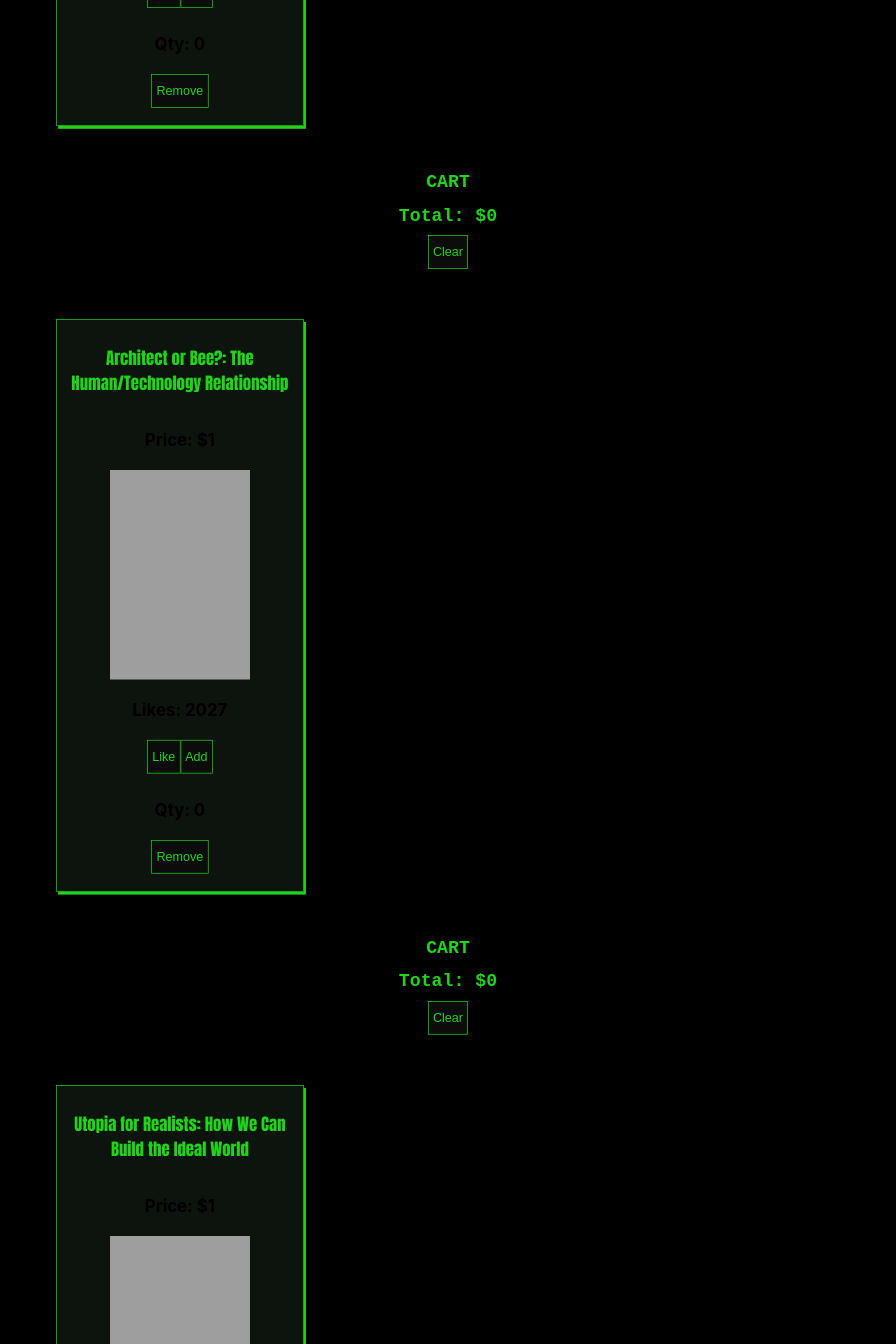
Repository: rvelarden/React-Hooks-UtopianTech-Bookstore
Page: / (app in utopiantech/)
The author's editor kept a copy of each file at every save. The page is drawn from the files as they stood at one save, then again after the next save.
The browser window is 1280 px wide. The pictures show the part of the page from y = 850 to 2770 px (the page is 8918 px tall before and 7476 px after), at 70% of full size.
Pictures or frames that could not be fetched are drawn as grey boxes. The project was rebuilt for these pictures with package versions that can differ from the ones it lists, and the page was loaded fresh each time. A package was used in the major version that the imports need, not the one package.json lists. Also part of the build but not shown: utopiantech/src/components/Shop.js, utopiantech/src/components/Spanish.js.

Above is the page before, as saved 2021-11-24 14:29:26.

### utopiantech/src/App.js
import React from 'react';
import './App.css';
import { BrowserRouter as Router, Route, Switch } from 'react-router-dom'
import Shop from "./components/Shop";
import Spanish from "./components/Spanish"
import Navbar from "./components/Navbar"
import SearchBar from "./components/SearchBar";
import BookList from './components/BookList';

const allItems = [
  {
    id: 1,
    name: "The Rise and Decline of Patriarchal Systems",
    image: "https://img.thriftbooks.com/api/images/i/m/8ECA8C9BAF351D13622ADFFBFA8A5D4E2BAABAFF.jpg",
    likes: 3359,
    price: 1,
    category: 'Social Studies'
  },
  {
    id: 2,
    name: "Architect or Bee?: The Human/Technology Relationship",
    image: "https://i.pinimg.com/originals/73/73/d8/7373d864a3dcb4534dc00fda64483674.jpg",
    likes: 2027,
    price: 1,
    category: 'Social Studies'
  },
  {
    id: 3,
    name: "Utopia for Realists: How We Can Build the Ideal World",
    image: "https://images-na.ssl-images-amazon.com/images/I/51CJA6QHtKL._SY291_BO1,204,203,200_QL40_FMwebp_.jpg",
    likes: 813,
    price: 1,
    category: 'Computer Science'
  },
  {
    id: 4,
    name: "Ada's Algorithm: How Lord Byron's Daughter ADA Lovelace Launched the Digital Age",
    image: 'https://img.thriftbooks.com/api/images/m/0bb4a32fefff1ec9c627527f6feb36668f62783b.jpg',
    likes: 7777,
    price: 1,
    category: 'Computer Science'
  },
  {
    id: 5,
    name: "Turing's Vision: The Birth of Computer Science (The MIT Press)",
    image: "https://images-na.ssl-images-amazon.com/images/I/411cTz90bFL._SY291_BO1,204,203,200_QL40_FMwebp_.jpg",
    likes: 1000,
    price: 1,
    category: 'Computer Science'
  },
  {
    id: 6,
    name: "Alan Turing: The Enigma: The Centenary Edition",
    image: "https://img.thriftbooks.com/api/images/m/6da6b05beb1f54981b588ee2a84e6f0b13a436f9.jpg",
    likes: 2000,
    price: 1,
    category: 'Computer Science'
  },
  {
    id: 8,
    name: "Ada Lovelace: The Making of a Computer Scientist",
    image: "https://images-na.ssl-images-amazon.com/images/I/51G-h1wZ7xL._SX218_BO1,204,203,200_QL40_FMwebp_.jpg",
    likes: 2000,
    price: 1,
    category: 'Computer Science'
  },
  {
    id: 9,
    name: "If Then: How the Simulmatics Corporation Invented the Future",
    image: "https://images-na.ssl-images-amazon.com/images/I/41wf6nnKIBL._SY291_BO1,204,203,200_QL40_FMwebp_.jpg",
    likes: 8000,
    price: 1,
    category: 'Business'
  }
]

export default class App extends React.Component {


  state = {
    searchText: '',
    books: allItems
  }

  searchBarText = (allItems)=>{
    // console.log(allItems)
    this.setState({
      searchText: allItems
    })
  }
  render(){
    const filteredBooks = this.state.books.filter(filterBook => filterBook.name.toLowerCase().includes(this.state.searchText))
  return (
    <Router>
      <div>
        <Navbar/>
        <div>
        <Switch>
        <Route exact path="/">
        {/* <Shop /> */}
        <SearchBar searchBar={this.searchBarText} searchText={this.state.searchText}/>
        <BookList books={filteredBooks}/>
        </Route>
        <Route path="/spanish">
        <Spanish />
        </Route>
      </Switch>
    </div>
    </div>
    </Router>
  )
}

}

### utopiantech/src/App.css
body {
  margin: 0;
  /* font-family: monospace; */
  background-color: black;
}

#book-header {
  display: flex;
  justify-content: center;
  background: #20d41a;
  opacity: .8;
  height: 7rem;
  padding: 1rem;
}

#book-header img {
  height: 6rem;
  width: auto;
}

#book-collection {
  margin: 2rem;
}

.card {
  text-align: center;
  border: #20d41a solid 1px;
  padding: 1rem;
  width: 20rem;
  height: 49rem;
  display: inline-grid;
  margin: 3rem 5rem;
  box-shadow: 3px 4px #20d41a;
  background-color: #0d130d;
  /* font-family: monospace; */
}

.font-text{
  font-family: Impact, Haettenschweiler, 'Arial Narrow Bold', sans-serif;
  color: #20d41a;
}
.font-text-text{
  font-family: monospace;
  color: #20d41a;
  background-color: black;
}

.book-avatar {
  justify-self: center;
  height: 15rem;
  width: auto;

}
.color-white {
  color:#20d41a
}

button {
  position: relative;
  background-color: #0c0c0c;
  border: none;
  height: 3rem;
  width: max-content;
  color: #20d41a;
  font-size: 18px;
  justify-self: center;
  border: #20d41a solid 1px;
}

.buttonContainer {
  text-align: center;
  padding: 1rem;
}

button:hover {
  background-color: rgb(48, 46, 46);
  border: #20d41a solid 1px;
  color: 20d41a;
}

.container {
  padding: 1rem;
  width: stretch;
  height: auto;
  background: #20d41a;
  opacity: .8;
}

.add-book-form {
  width: 80%
}

.submit {
  position: relative;
  background-color: #20d41a;
  height: 2rem;
  width: max-content;
  color: #20d41a;
  font-size: 18px;
  justify-self: center;
  /* font-family: monospace; */
  margin: 3px;
}

.submit:hover {
  background-color: whitesmoke;
  border: #20d41a solid 1px;
  color: #20d41a;
}


.input-text {
  border-radius: 5px;
  height: 2rem;
  width: 60%;
  font-size: 18px;
  font-family: monospace;
  margin: 3px;
  color: #20d41a;
}

.center-text {
  text-align: center;
}

.center-button {
  /* margin: 0; */
  /* position: absolute; */
  /* top: 50%; */
  left: 50%;
  -ms-transform: translate(-50%, -50%);
  transform: translate(-50%, -50%);
}

a{
  /* left: 72%; */
  font-size: 20px;
  /* position:initial; */
  /* margin: 0; */
  font-family: sans-serif;
  /* padding: 0; */
  /* width: 100%; */
  /* display: inline; */
  /* outline: none; */
  /* text-decoration: none; */
  display: inline-block;
  width: 5.5%;
  margin-right: 0.625%;
  text-align: center;
  line-height: 3;
  color: #20d41a;
  margin-right: 0;
  /* background: whitesmokeow; */
  /* border: #1938e7 solid 1px; */
}

a:hover{
  color:#20d41a
}

### utopiantech/src/components/Navbar.js
const Navbar = ()=>{
    return(
        <div>
        <a href='/spanish' >Español</a>
        <a href='/' >English</a>
        </div>
    )
}

export default Navbar

### utopiantech/src/components/SearchBar.js
import React, { useCallback, useEffect, useState } from "react";




  const Search = (props) => {


    return (
      <div className="search-bar-div" >

        <div className="bannersingle" >
              <h1>Find Book Name</h1>
          </div>
        <div className="searchBox" >
          <input
           type="text"
           placeholder={"Search"}
           className="searchInput"
           onChange={(e) => props.searchBar(e.target.value)}
          />
        </div>

      </div>
    );
  };

  export default Search;

### utopiantech/src/components/BookList.js
import React, { Component } from "react"
import Book from "./Book.js"
import { Header, Button } from 'semantic-ui-react'

class BookList extends Component {


    render() {
    return (
        <div>

            {this.props.books.map(bookItem => <Book book={bookItem} />)}

        </div>
    )
      }
}

export default BookList

### utopiantech/src/components/Book.js
import React, { Component, useCallback } from 'react';


const allItems = [
    {
      id: 1,
      name: "The Rise and Decline of Patriarchal Systems",
      image: "https://img.thriftbooks.com/api/images/i/m/8ECA8C9BAF351D13622ADFFBFA8A5D4E2BAABAFF.jpg",
      likes: 3359,
      price: 1,
      category: 'Social Studies'
    },
    {
      id: 2,
      name: "Architect or Bee?: The Human/Technology Relationship",
      image: "https://i.pinimg.com/originals/73/73/d8/7373d864a3dcb4534dc00fda64483674.jpg",
      likes: 2027,
      price: 1,
      category: 'Social Studies'
    },
    {
      id: 3,
      name: "Utopia for Realists: How We Can Build the Ideal World",
      image: "https://images-na.ssl-images-amazon.com/images/I/51CJA6QHtKL._SY291_BO1,204,203,200_QL40_FMwebp_.jpg",
      likes: 813,
      price: 1,
      category: 'Computer Science'
    },
    {
      id: 4,
      name: "Ada's Algorithm: How Lord Byron's Daughter ADA Lovelace Launched the Digital Age",
      image: 'https://img.thriftbooks.com/api/images/m/0bb4a32fefff1ec9c627527f6feb36668f62783b.jpg',
      likes: 7777,
      price: 1,
      category: 'Computer Science'
    },
    {
      id: 5,
      name: "Turing's Vision: The Birth of Computer Science (The MIT Press)",
      image: "https://images-na.ssl-images-amazon.com/images/I/411cTz90bFL._SY291_BO1,204,203,200_QL40_FMwebp_.jpg",
      likes: 1000,
      price: 1,
      category: 'Computer Science'
    },
    {
      id: 6,
      name: "Alan Turing: The Enigma: The Centenary Edition",
      image: "https://img.thriftbooks.com/api/images/m/6da6b05beb1f54981b588ee2a84e6f0b13a436f9.jpg",
      likes: 2000,
      price: 1,
      category: 'Computer Science'
    },
    {
      id: 8,
      name: "Ada Lovelace: The Making of a Computer Scientist",
      image: "https://images-na.ssl-images-amazon.com/images/I/51G-h1wZ7xL._SX218_BO1,204,203,200_QL40_FMwebp_.jpg",
      likes: 2000,
      price: 1,
      category: 'Computer Science'
    },
    {
      id: 9,
      name: "If Then: How the Simulmatics Corporation Invented the Future",
      image: "https://images-na.ssl-images-amazon.com/images/I/41wf6nnKIBL._SY291_BO1,204,203,200_QL40_FMwebp_.jpg",
      likes: 8000,
      price: 1,
      category: 'Business'
    }
  ]


const Book = (props) => {
    const [cart, setCart] = React.useState([]);
    const [items, setItems] = React.useState(allItems)
    const [text, setText] = React.useState(false)
    const addToCart = (item) => setCart((currentCart) => [...currentCart, item])
    const cartTotal = cart.reduce((total, { price = 0 }) => total + price, 0);

    const removeFromCart = (item) => {
        setCart((currentCart) => {
          const indexOfItemToRemove = currentCart.findIndex((cartItem) => cartItem.id === item.id);

          if (indexOfItemToRemove === -1) {
            return currentCart;
          }

          return [
            ...currentCart.slice(0, indexOfItemToRemove),
            ...currentCart.slice(indexOfItemToRemove + 1),
          ];
        });
      };

      const amountOfItems = (id) => cart.filter((item) => item.id === id).length;

    const updateLike = useCallback(

        (item) => {
         setItems(items.map(indItem => {
            if (indItem !== item) {
              return indItem
            } else {
              return {...item, likes: item.likes + 1}
            }
          }))
      },
      [], // Tells React to memoize regardless of arguments.
      )


      return(
            <div>
            <div key={props.book.id} className="card">
            <div className="font-text"><h2>{`${props.book.name}`}</h2></div>
            <h2>{`Price: $${props.book.price}`}</h2>
            <img src={props.book.image} style={{ width: "200px", height: "300px", objectFit: "cover" }} className="book-avatar" />
            <h2>Likes: {props.book.likes}</h2>
            <div>
            <button disable={items.disable} text={items.text} onClick={()=> updateLike(props.book)}> {text ? "Liked!" : "Like"} </button>
            <button type="submit" onClick={() => addToCart(props.book)}> Add </button>
            </div>
            <div>

            </div>
            <h2>Qty: {amountOfItems(props.book.id)}</h2>
            <button type="submit" onClick={() => removeFromCart(props.book)}> Remove </button>
            </div>
            <h1 className="center-text font-text-text">CART</h1>
            <h1 className="center-text font-text-text">Total: ${cartTotal}</h1>
            <div>
            <br></br>
            <button className="center-button" onClick={() => setCart([])}>Clear</button>
            </div>
            </div>
      )
    }

  export default Book

Loaded but not shown: utopiantech/public/index.html (common file); utopiantech/src/index.js (common file); utopiantech/src/index.css (common file); utopiantech/src/reportWebVitals.js (common file)

After the next save:
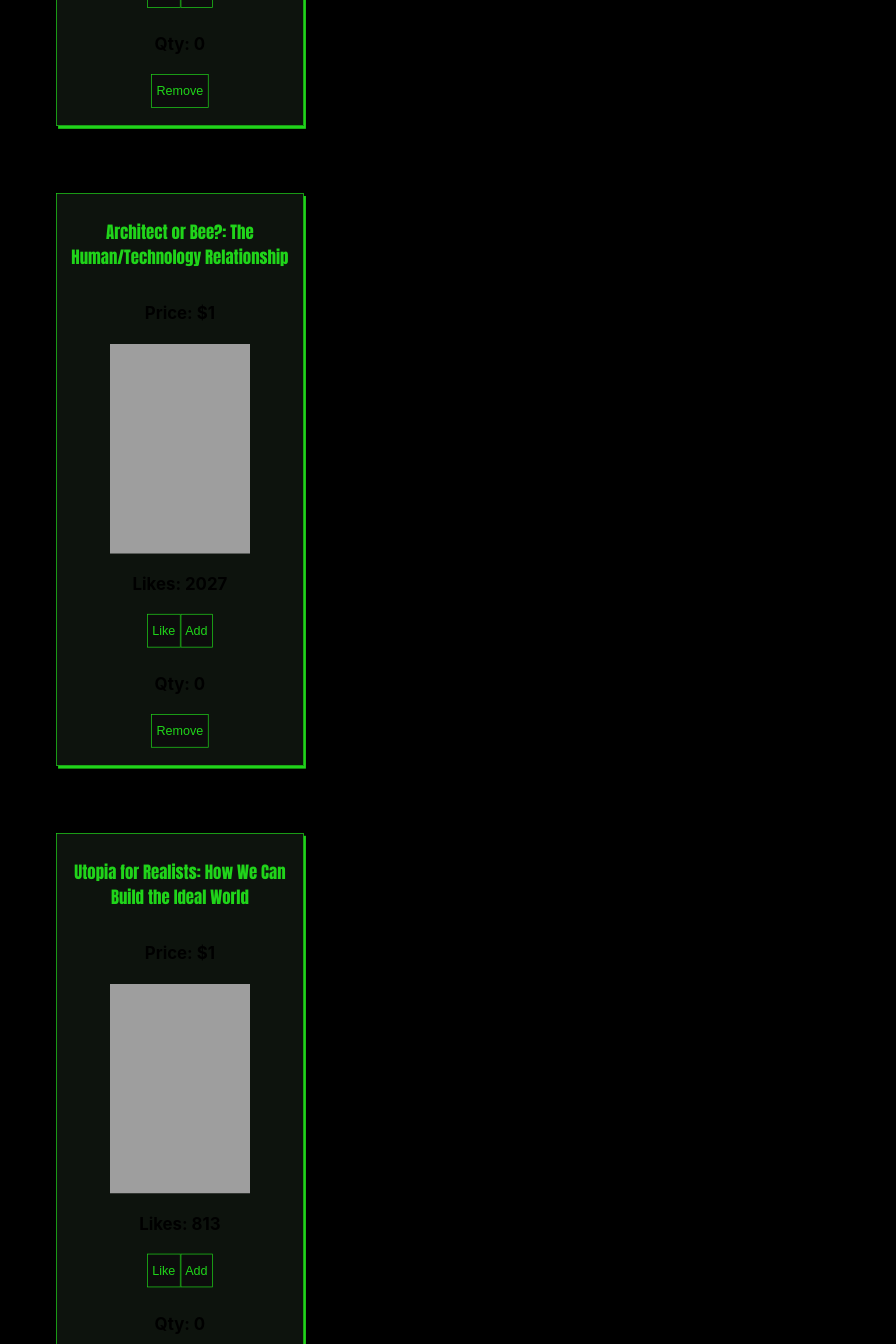
Saved 25 s later.
--- a/utopiantech/src/components/Book.js
+++ b/utopiantech/src/components/Book.js
@@ -125,12 +125,12 @@ const Book = (props) => {
             <h2>Qty: {amountOfItems(props.book.id)}</h2>
             <button type="submit" onClick={() => removeFromCart(props.book)}> Remove </button>
             </div>
-            <h1 className="center-text font-text-text">CART</h1>
+            {/* <h1 className="center-text font-text-text">CART</h1>
             <h1 className="center-text font-text-text">Total: ${cartTotal}</h1>
             <div>
             <br></br>
             <button className="center-button" onClick={() => setCart([])}>Clear</button>
-            </div>
+            </div> */}
             </div>
       )
     }
